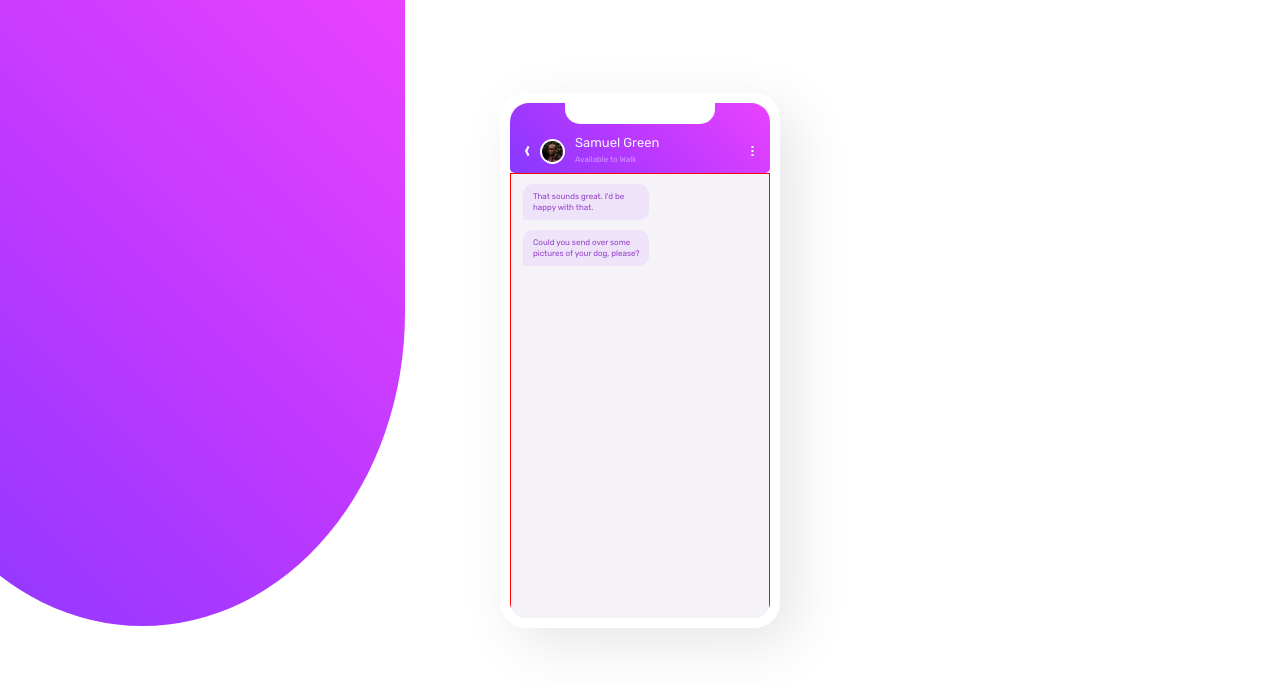
Repository: KamoliddinGIT/chat-app-css-illustration
Page: index.html
An editor plug-in stored every save of this project. The page is shown before and after the next save, followed by the edit.
The browser window is 1280 px wide. The pictures show the whole page.

Above is the page before, as saved 2023-09-25 18:14:21.

After the next save:
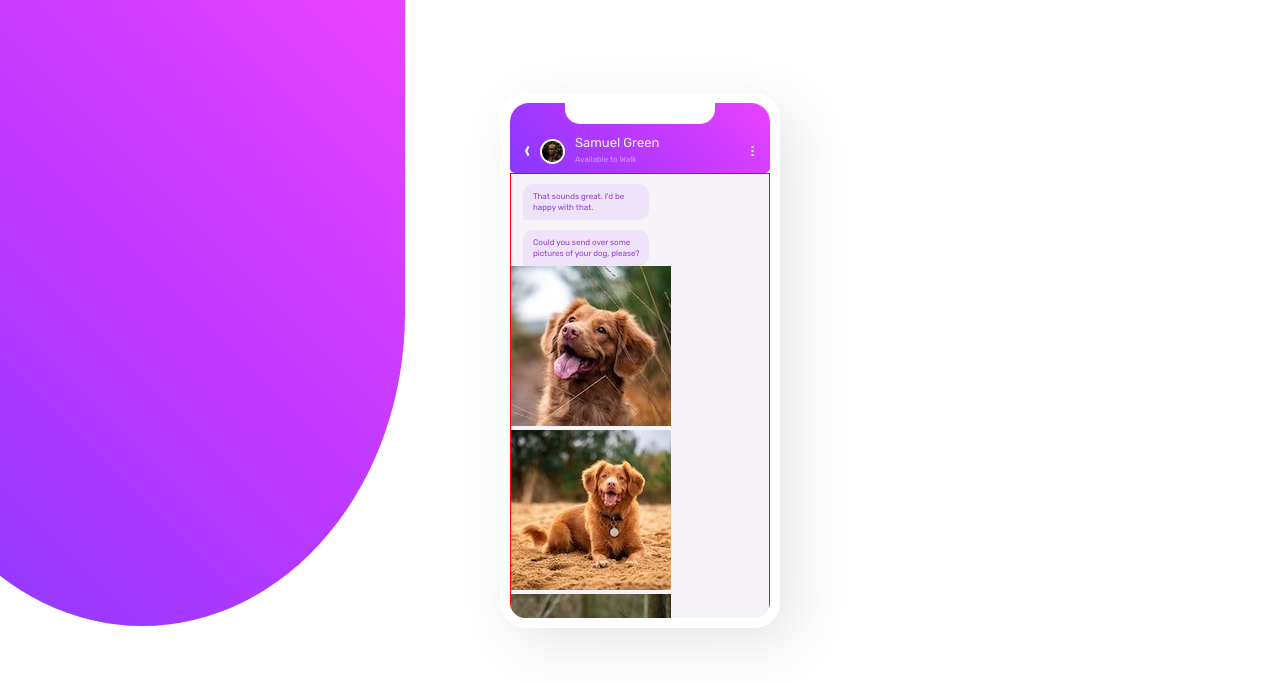
Saved 56 s later.
--- a/index.html
+++ b/index.html
@@ -46,6 +46,11 @@
           <div class="receive-message">
             Could you send over some pictures of your dog, please?
           </div>
+          <div class="sent-photo">
+            <img src="./images/dog-image-1.jpg" alt="dog1" />
+            <img src="./images/dog-image-2.jpg" alt="dog2" />
+            <img src="./images/dog-image-3.jpg" alt="dog3" />
+          </div>
         </div>
       </div>
     </div>
